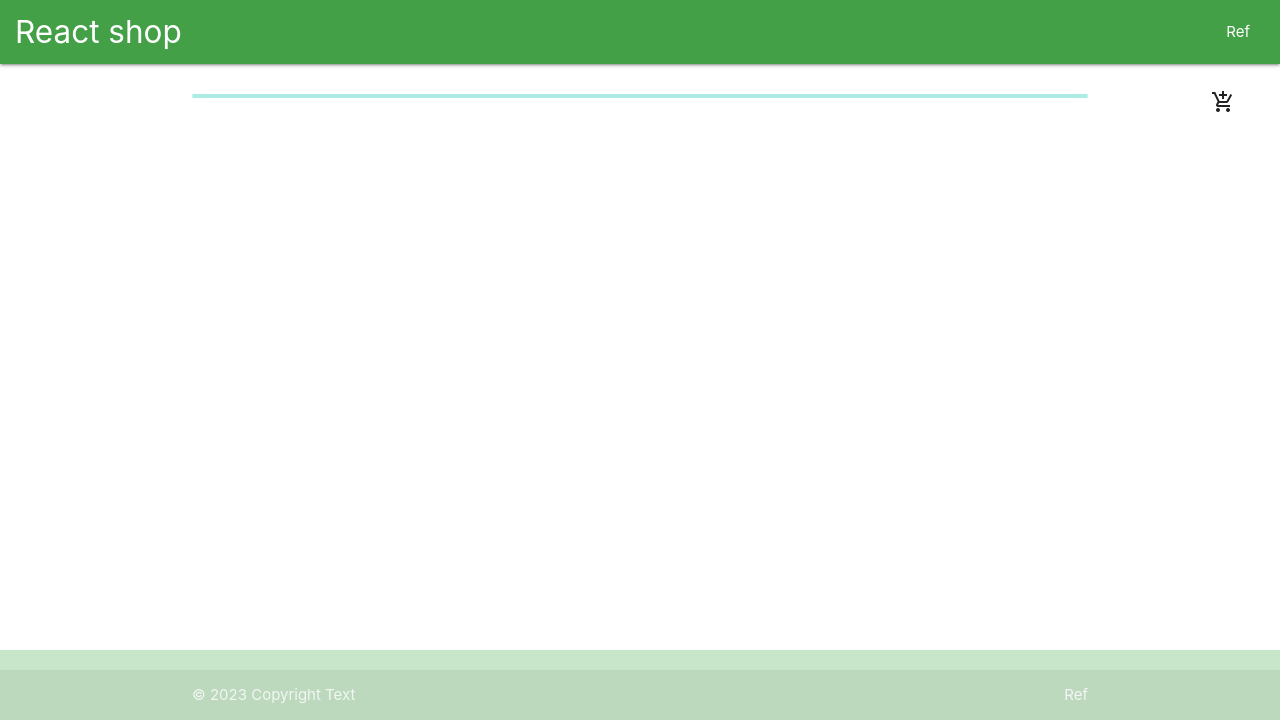
Repository: qui-qui-qui/online-shop
Page: /
An editor plug-in stored every save of this project. The page is shown before and after the next save, followed by the edit.
The browser window is 1280 px wide. The pictures show the whole page.
The page's requests for data from a server got no answer. The project was rebuilt for these pictures with package versions that can differ from the ones it lists, and the page was loaded fresh each time. No one was signed in, and anything a server would have sent is missing. Also part of the build but not shown: src/components/GoodsItem.jsx, src/components/GoodsList.jsx, src/components/BasketItem.jsx, src/components/BasketList.jsx.

Above is the page before, as saved 2023-01-07 18:23:06.

After the next save:
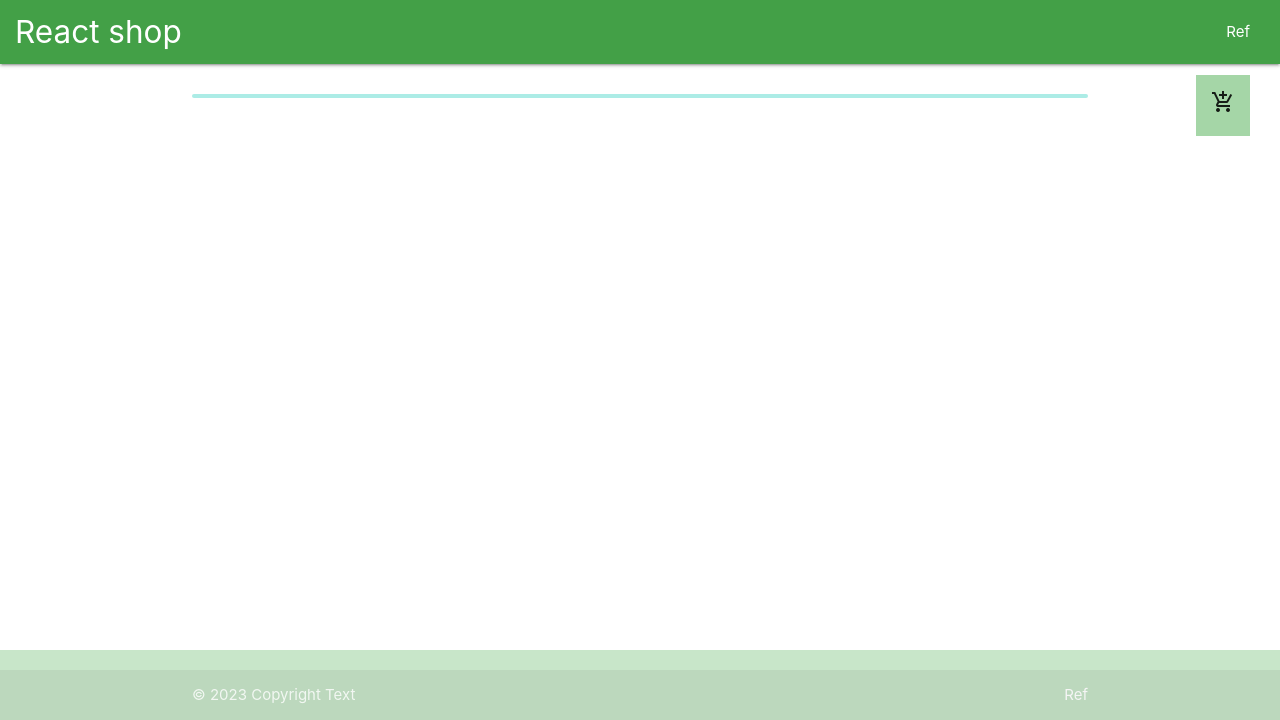
Saved 11 s later.
--- a/src/components/Cart.jsx
+++ b/src/components/Cart.jsx
@@ -2,7 +2,7 @@ function Cart(props) {
     const {quantity = 0, handleBasketShow = Function.prototype} = props;
 
     return (
-        <div className="cart deep-green lighten-3" onClick={handleBasketShow}>
+        <div className="cart green lighten-3" onClick={handleBasketShow}>
             <i className="material-icons">add_shopping_cart</i>
             {quantity ? (
                 <span className="cart-quantity">{quantity}</span>
